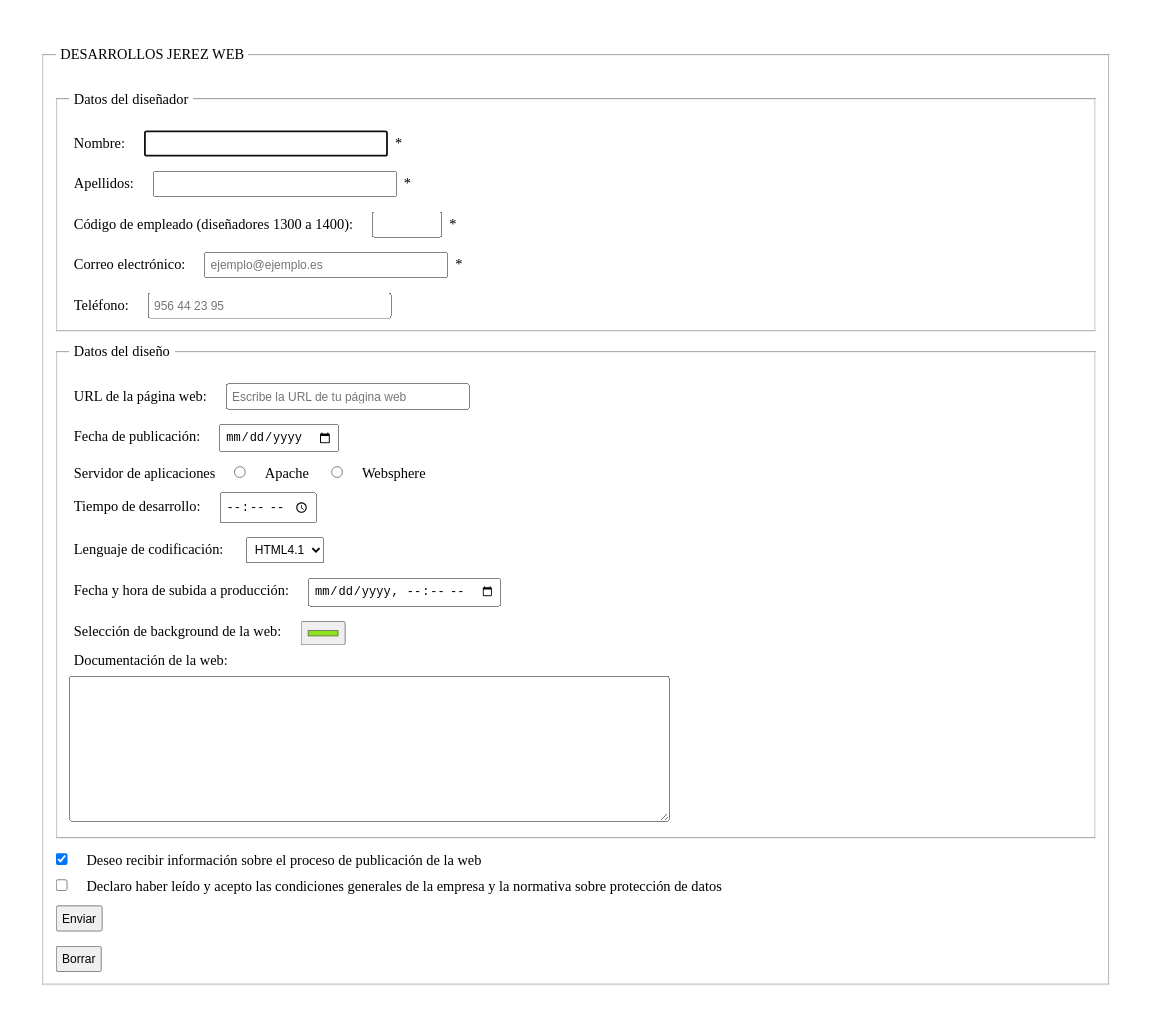
Repository: iSaan86/EV_Practica_FormularioCSS
Page: index.html
The author's editor kept a copy of each file at every save. The page is drawn from the files as they stood at one save, then again after the next save.
The browser window is 1280 px wide. The pictures show the whole page, at 90% of full size.

Above is the page before, as saved 2024-01-11 17:23:34.

After the next save:
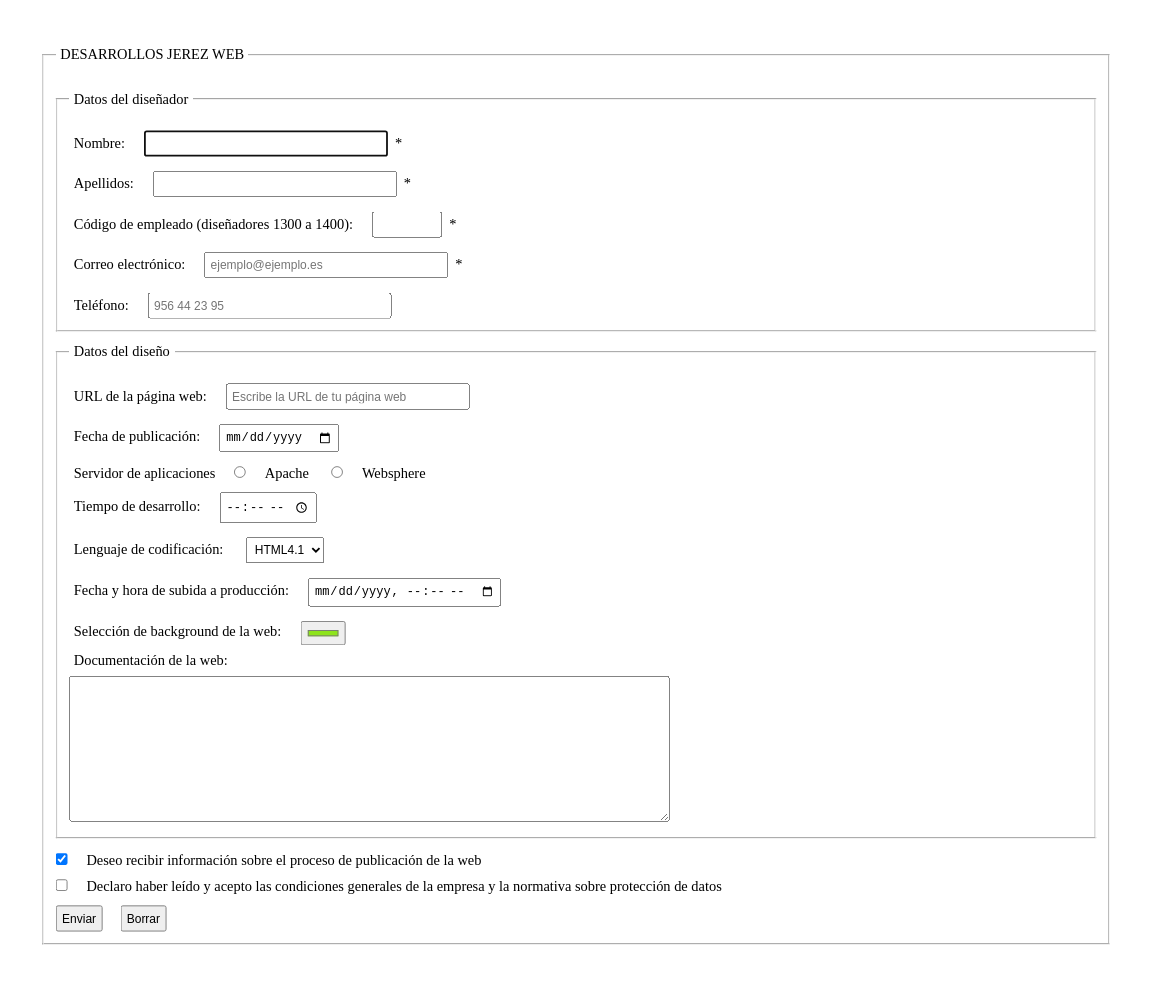
Saved 8 s later.
--- a/index.html
+++ b/index.html
@@ -44,7 +44,7 @@
             </fieldset>
             <input type="checkbox" name="acepto1" id="acepto1" alt="Check acepto recibir información" checked><label for="acepto1">Deseo recibir información sobre el proceso de publicación de la web</label><br>
             <input type="checkbox" name="acepto2" id="acepto2" alt="Check acepto condiciones"><label for="acepto1">Declaro haber leído y acepto las condiciones generales de la empresa y la normativa sobre protección de datos</label><br>
-            <input type="submit" value="Enviar" alt="enviar"><br>
+            <input type="submit" value="Enviar" alt="enviar">
             <input type="reset" value="Borrar" alt="Borrar formulario">
 
 
